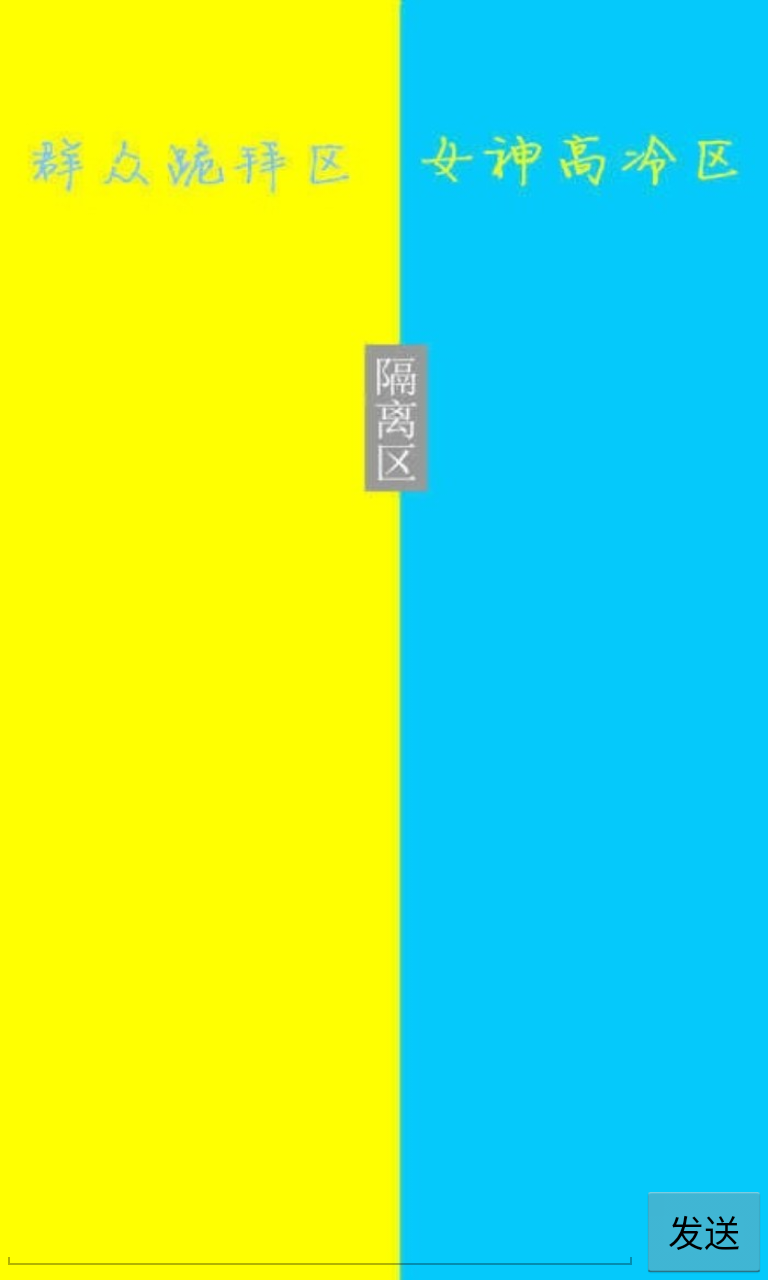
Repository: A203/chenying
Layout: day6/TulingDemo/res/layout/activity_main.xml
An editor plug-in stored every save of this project. The layout is shown before and after the next save, followed by the edit.
It is drawn on a 768 x 1280 px phone screen (xhdpi) without system bars, with theme AppTheme; the app's code is not run. Lists and similar views that code fills are empty.

Above is the layout before, as saved 2015-07-16 01:59:23.

### day6/TulingDemo/res/layout/activity_main.xml
<LinearLayout xmlns:android="http://schemas.android.com/apk/res/android"
    xmlns:tools="http://schemas.android.com/tools"
    android:layout_width="match_parent"
    android:layout_height="match_parent"
    android:orientation="vertical"
    android:background="@drawable/qzns">

    <ListView
        android:id="@+id/lv"
        android:layout_width="fill_parent"
        android:layout_height="0dp"
        android:layout_weight="1"
        android:divider="@null"
        android:listSelector="@android:color/transparent"
        android:transcriptMode="alwaysScroll" >
    </ListView>

    <LinearLayout
        android:layout_width="fill_parent"
        android:layout_height="wrap_content"
        android:orientation="horizontal" >


        <EditText
            android:layout_width="0dp"
            android:layout_height="wrap_content"
            android:layout_weight="1"
            android:id="@+id/sendText"
            />

        <Button
            android:id="@+id/sendBtn"
            android:layout_width="wrap_content"
            android:layout_height="wrap_content"
            android:text="发送" />
    </LinearLayout>

</LinearLayout>

Loaded but not shown: day6/TulingDemo/res/values/styles.xml (common file); day6/TulingDemo/res/values-v11/styles.xml (common file); day6/TulingDemo/res/values-v14/styles.xml (common file)

After the next save:
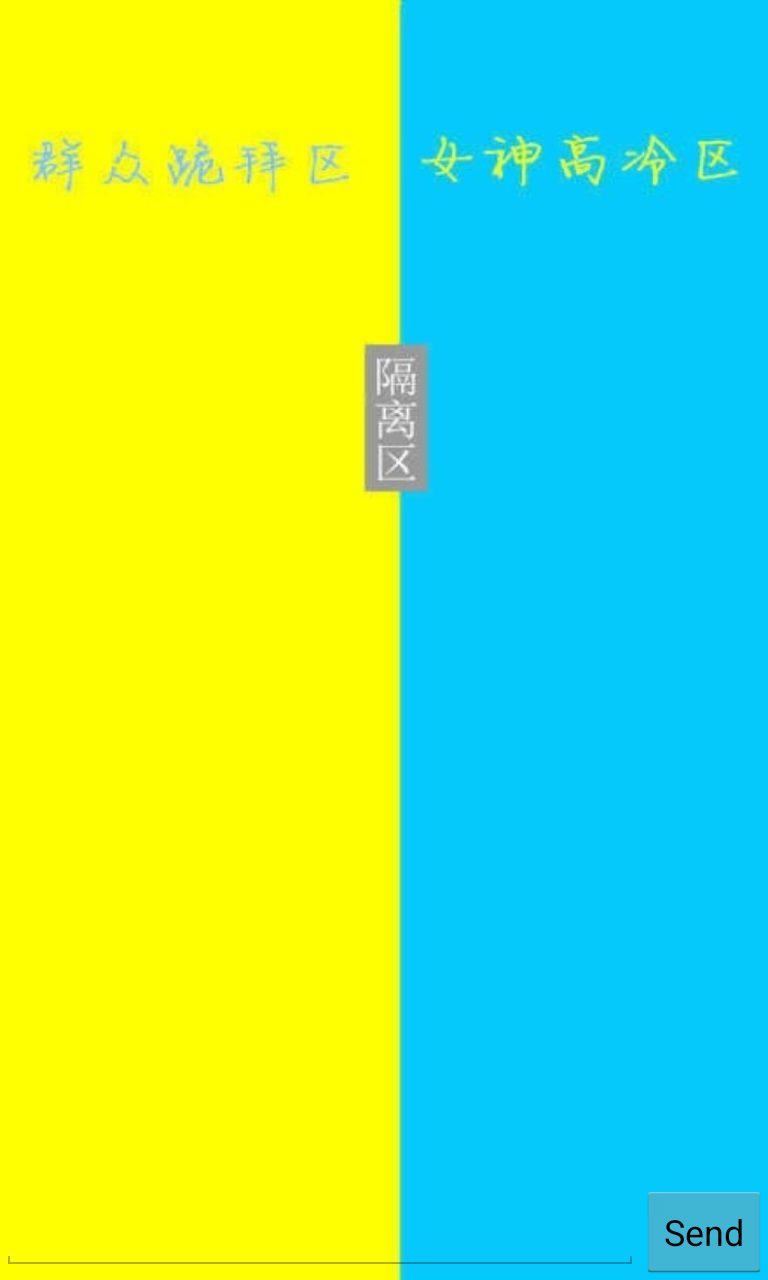
Saved 117 s later.
--- a/day6/TulingDemo/res/layout/activity_main.xml
+++ b/day6/TulingDemo/res/layout/activity_main.xml
@@ -32,7 +32,7 @@
             android:id="@+id/sendBtn"
             android:layout_width="wrap_content"
             android:layout_height="wrap_content"
-            android:text="发送" />
+            android:text="Send" />
     </LinearLayout>
 
 </LinearLayout>
